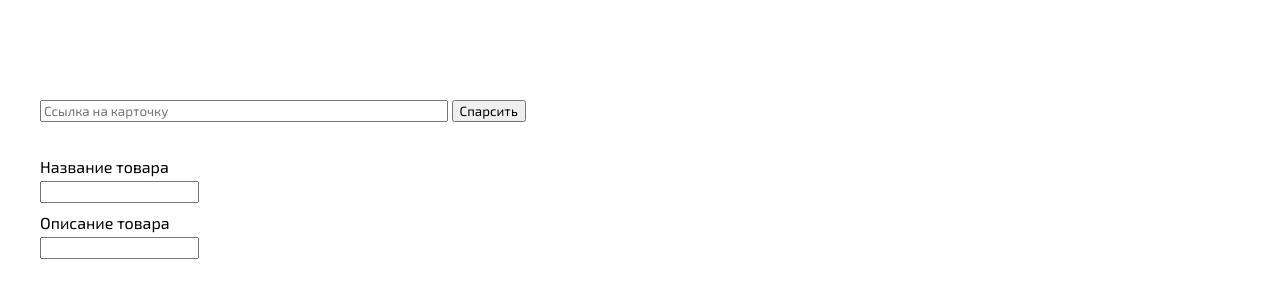
Repository: yozuul/wildberries-product-card-parser-api-exchange
Page: public/index.html
The author's editor kept a copy of each file at every save. The page is drawn from the files as they stood at one save, then again after the next save.
The browser window is 1280 px wide. The pictures show the whole page.

Above is the page before, as saved 2021-08-18 17:37:02.

After the next save:
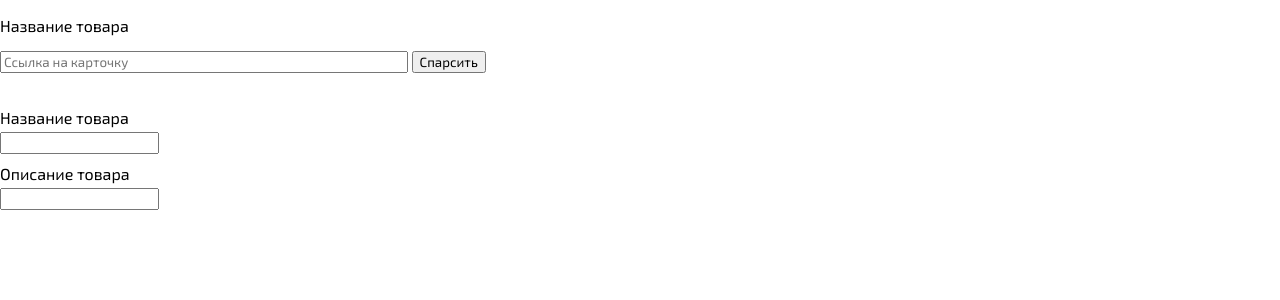
Saved 22 s later.
--- a/public/index.html
+++ b/public/index.html
@@ -8,9 +8,10 @@
    <link rel="stylesheet" href="style.css">
 </head>
 <body>
-   <div class="wrapper">
+   <div class="formWrapper">
       <div class="parseForm">
          <form name="parseForm">
+            <p>Название товара</p>
             <input type="text" id="cardURL" placeholder="Ссылка на карточку">
             <button id="parseData">Спарсить</button>
          </form>
